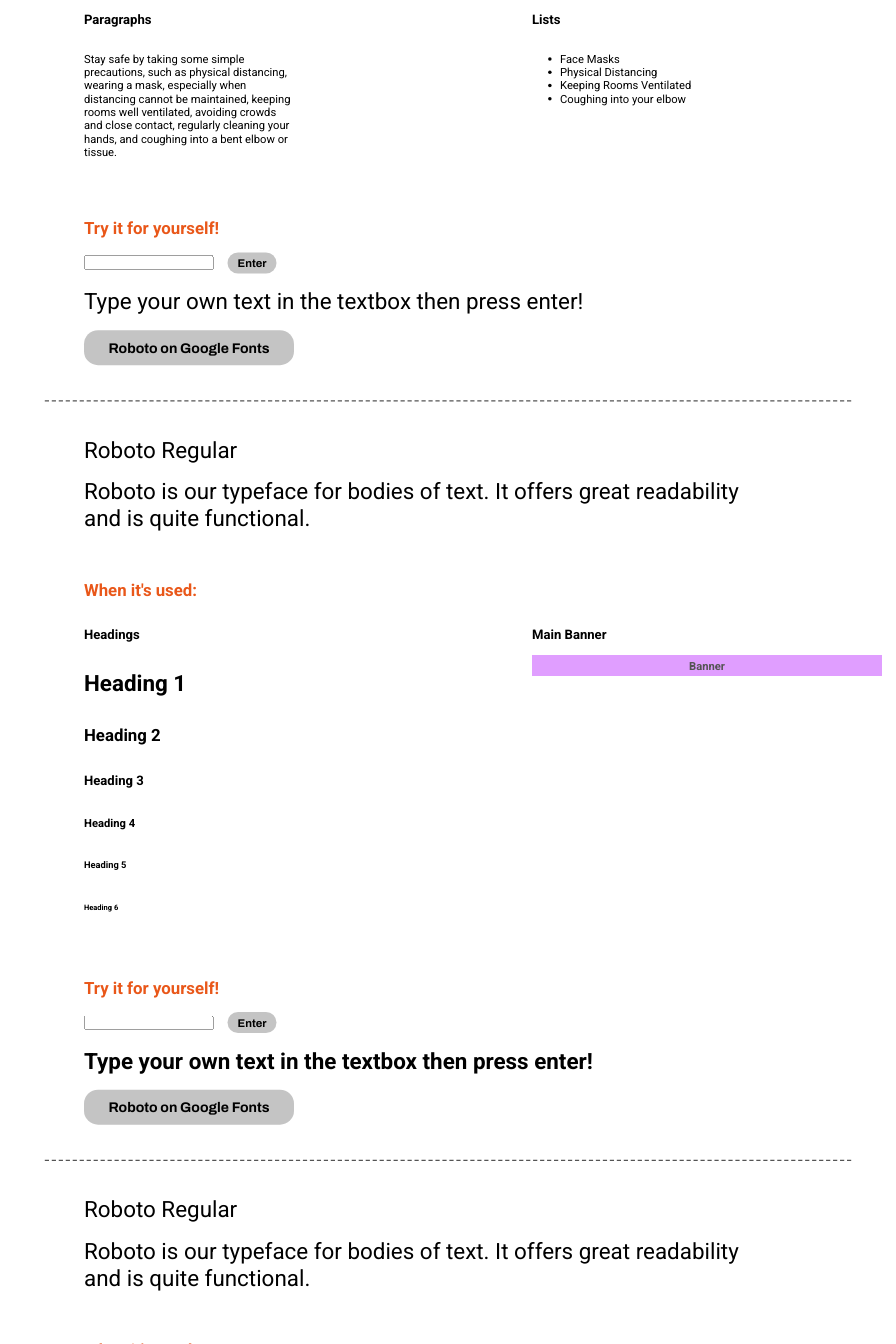
Repository: Levic559/bird-styleguide
Page: typography/index.html
These files come from the project's save history. The page is drawn as it stood at one moment and after the next save; the edit follows.
The browser window is 1280 px wide. The pictures show the part of the page from y = 304 to 2224 px (the page is 2789 px tall), at 70% of full size.

Above is the page before, as saved 2021-03-22 06:15:21.

### typography/index.html
<!DOCTYPE html>
<html>
    <head>
        <title>
            Typography
        </title>
        <link rel="preconnect" href="https://fonts.gstatic.com">
        <link href="https://fonts.googleapis.com/css2?family=Archivo:wght@700&family=Roboto:wght@400;700&display=swap" rel="stylesheet">
        <link href="style.css" rel="stylesheet">
    </head>
    <body>
        <div class="main">
            <!--Roboto-->
            <div class="fontcontainer">
                <h1 class="Roboto top">Roboto Regular</h1>
                <h1 class="Roboto">Roboto is our typeface for bodies of text. It offers great readability and is quite functional.</h1>
                <h2 class="Orange">When it's used:</h3>
                <div class="examplescontainer">
                    <div class="column">
                        <h3>Paragraphs</h3>
                        <p>
                            Stay safe by taking some simple precautions, such as physical distancing, wearing a mask, especially when distancing cannot be maintained, keeping rooms well ventilated, avoiding crowds and close contact, regularly cleaning your hands, and coughing into a bent elbow or tissue.
                        </p>
                    </div>
                    <div class="column">
                        <h3>Lists</h3>
                        <ul>
                            <li>Face Masks</li>
                            <li>Physical Distancing</li>
                            <li>Keeping Rooms Ventilated</li>
                            <li>Coughing into your elbow</li>
                        </ul>
                    </div>
                </div>

                <h2 class="Orange">Try it for yourself!</h2>

                <div class="inputcontainer">
                    <input type="text" id="input1"></input>
                    <div class="enter" onclick="textOne()">Enter</div>
                </div>
                <h1 class="Roboto" id="output1">Type your own text in the textbox then press enter!</h1>
                <div class="linkbutton">Roboto on Google Fonts</div>
            </div>

            <div class="divider"></div>

            <!--Roboto Bold-->
            <div class="fontcontainer">
                <h1 class="Roboto top">Roboto Regular</h1>
                <h1 class="Roboto">Roboto is our typeface for bodies of text. It offers great readability and is quite functional.</h1>
                <h2 class="Orange">When it's used:</h3>
                <div class="examplescontainer">
                    <div class="column">
                        <h3>Headings</h3>
                        <h1 class="RB">Heading 1</h1>
                        <h2 class="RB">Heading 2</h2>
                        <h3 class="RB">Heading 3</h3>
                        <h4 class="RB">Heading 4</h4>
                        <h5 class="RB">Heading 5</h5>
                        <h6 class="RB">Heading 6</h6>
                    </div>
                    <div class="column">
                        <h3>Main Banner</h3>
                        <div class="banner">Banner</div>
                    </div>
                </div>

                <h2 class="Orange">Try it for yourself!</h2>

                <div class="inputcontainer">
                    <input type="text" id="input2"></input>
                    <div class="enter" onclick="textTwo()">Enter</div>
                </div>
                <h1 class="RB" id="output2">Type your own text in the textbox then press enter!</h1>
                <div class="linkbutton">Roboto on Google Fonts</div>
            </div>

            <div class="divider"></div>

            <!--Archivo-->
            <div class="fontcontainer">
                <h1 class="Roboto top">Roboto Regular</h1>
                <h1 class="Roboto">Roboto is our typeface for bodies of text. It offers great readability and is quite functional.</h1>
                <h2 class="Orange">When it's used:</h3>
                <div class="examplescontainer">
                    <div class="column">
                        <h3>Paragraphs</h3>
                        <p>
                            Stay safe by taking some simple precautions, such as physical distancing, wearing a mask, especially when distancing cannot be maintained, keeping rooms well ventilated, avoiding crowds and close contact, regularly cleaning your hands, and coughing into a bent elbow or tissue.
                        </p>
                    </div>
                    <div class="column">
                        <h3>Lists</h3>
                        <ul>
                            <li>Face Masks</li>
                            <li>Physical Distancing</li>
                            <li>Keeping Rooms Ventilated</li>
                            <li>Coughing into your elbow</li>
                        </ul>
                    </div>
                </div>

                <h2 class="Orange">Try it for yourself!</h2>

                <div class="inputcontainer">
                    <input type="text" id="input3"></input>
                    <div class="enter" onclick="textThree()">Enter</div>
                </div>
                <h1 class="Roboto" id="output3">Type your own text in the textbox then press enter!</h1>
                <div class="linkbutton">Roboto on Google Fonts</div>
            </div>

        </div>
    </body>
    <script src="index.js"></script>
</html>

### typography/style.css
body {
    margin: 0px;
    padding: 0px;
    box-sizing: border-box;
}

.main {
    width: 100vw;
    height: 280vh;
    display: flex;
    flex-direction: column;
    justify-content: flex-start;
    font-family: Roboto;
}

.fontcontainer {
    margin-left: 120px;
    width: 940px;
}

.Roboto {
    font-family: Roboto;
    font-weight: normal;
}

.RB {
    font-family: Roboto;
}

.top {
    margin-top: 50px;
}

.Orange {
    color: #E95719;
    font-family: Roboto;
    margin-top: 70px;
}

.examplescontainer {
    display: flex;
    justify-content: space-between;
}

.column {
    width: 300px;
    display: flex;
    flex-direction: column;
}

.inputcontainer {
    display: flex;
    flex-direction: row;
    align-items: center;
}

.enter {
    width: 70px;
    height: 30px;
    background-color: #C4C4C4;
    color: black;
    font-family: Archivo;
    font-weight: bold;
    display: flex;
    justify-content: center;
    align-items: center;
    border-radius: 20px;
    margin-left: 20px;
}

.enter:hover, .linkbutton:hover{
    border: #545454 1px solid;
}

.linkbutton {
    width: 300px;
    height: 50px;
    background-color: #C4C4C4;
    color: black;
    font-family: Archivo;
    font-weight: bold;
    display: flex;
    justify-content: center;
    align-items: center;
    border-radius: 20px;
    font-size: 20px;
}

.divider {
    align-self: center;
    border:none;
    border-top: 2px dashed #545454;
    width: 90%;
    margin-top: 50px;
}

.banner {
    display: flex;
    justify-content: center;
    align-items: center;
    width: 500px;
    height: 30px;
    font-family: Roboto;
    font-weight: bold;
    background-color: #E09EFF;
    color:#545454
}

### typography/index.js
function textOne (){
    var text = document.getElementById("input1").value
    document.getElementById("output1").innerHTML = text
}

function textTwo (){
    var text = document.getElementById("input2").value
    document.getElementById("output2").innerHTML = text
}

function textThree (){
    var text = document.getElementById("input3").value
    document.getElementById("output3").innerHTML = text
}

After the next save:
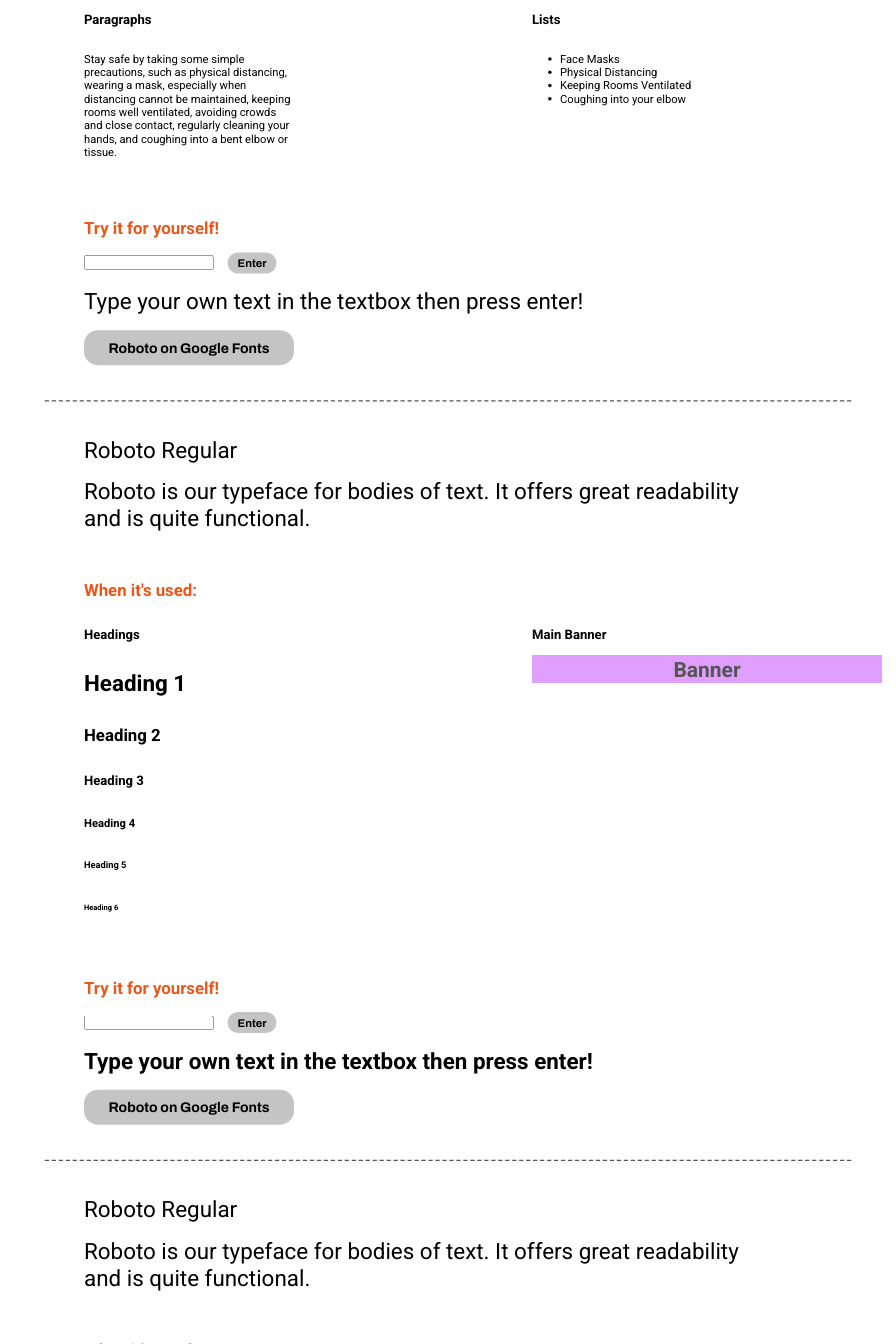
Saved 24 s later.
--- a/typography/style.css
+++ b/typography/style.css
@@ -99,9 +99,10 @@
     justify-content: center;
     align-items: center;
     width: 500px;
-    height: 30px;
+    height: 40px;
     font-family: Roboto;
     font-weight: bold;
     background-color: #E09EFF;
-    color:#545454
+    color:#545454;
+    font-size: 30px;
 }
